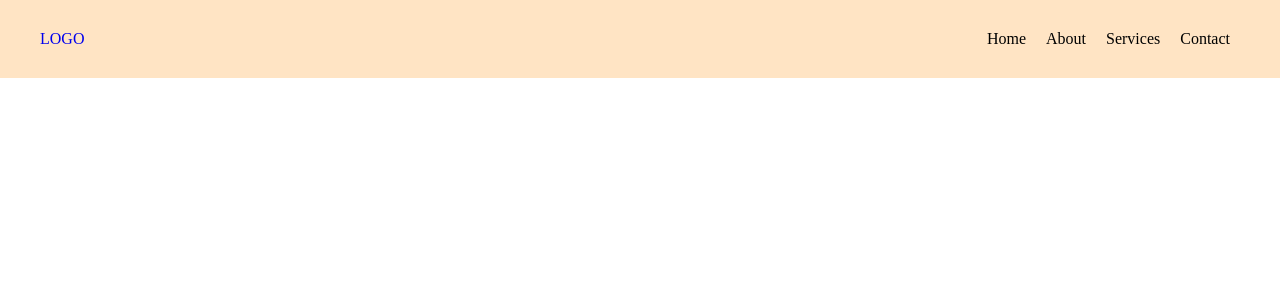
Repository: chanchalsaini/React-WUI
Page: /
An editor plug-in stored every save of this project. The page is shown before and after the next save, followed by the edit.
The browser window is 1280 px wide. The pictures show the whole page.
The project was rebuilt for these pictures with package versions that can differ from the ones it lists, and the page was loaded fresh each time.

Above is the page before, as saved 2020-09-21 21:54:27.

After the next save:
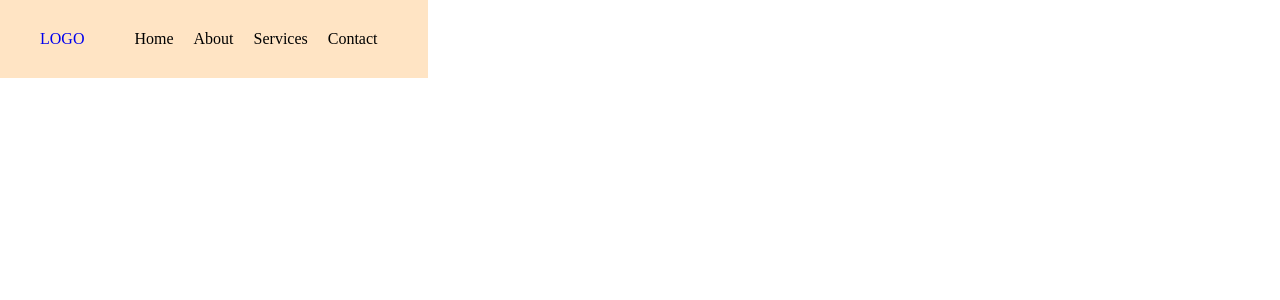
Saved 11 s later.
--- a/src/App.css
+++ b/src/App.css
@@ -7,6 +7,7 @@
   justify-content: space-between;
   padding: 30px 40px;
   align-items: center;
+  position: fixed;
 }
 .logo {
   text-decoration: none;

After the save that followed:
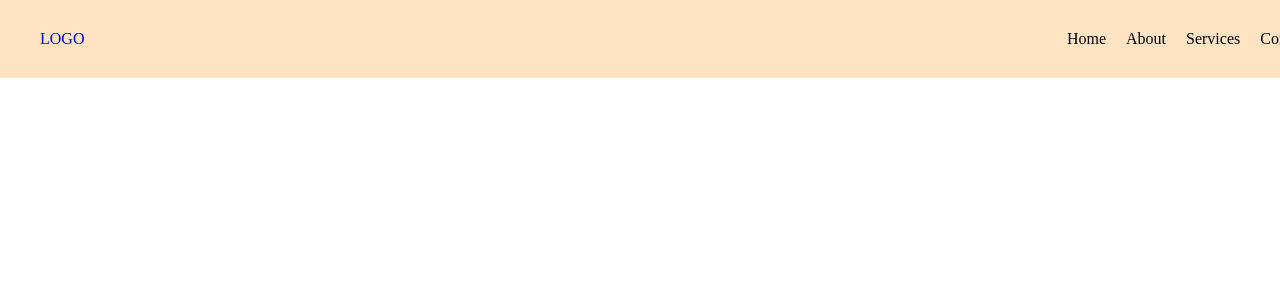
Saved 5 s later.
--- a/src/App.css
+++ b/src/App.css
@@ -8,6 +8,7 @@
   padding: 30px 40px;
   align-items: center;
   position: fixed;
+  width: 100%;
 }
 .logo {
   text-decoration: none;
